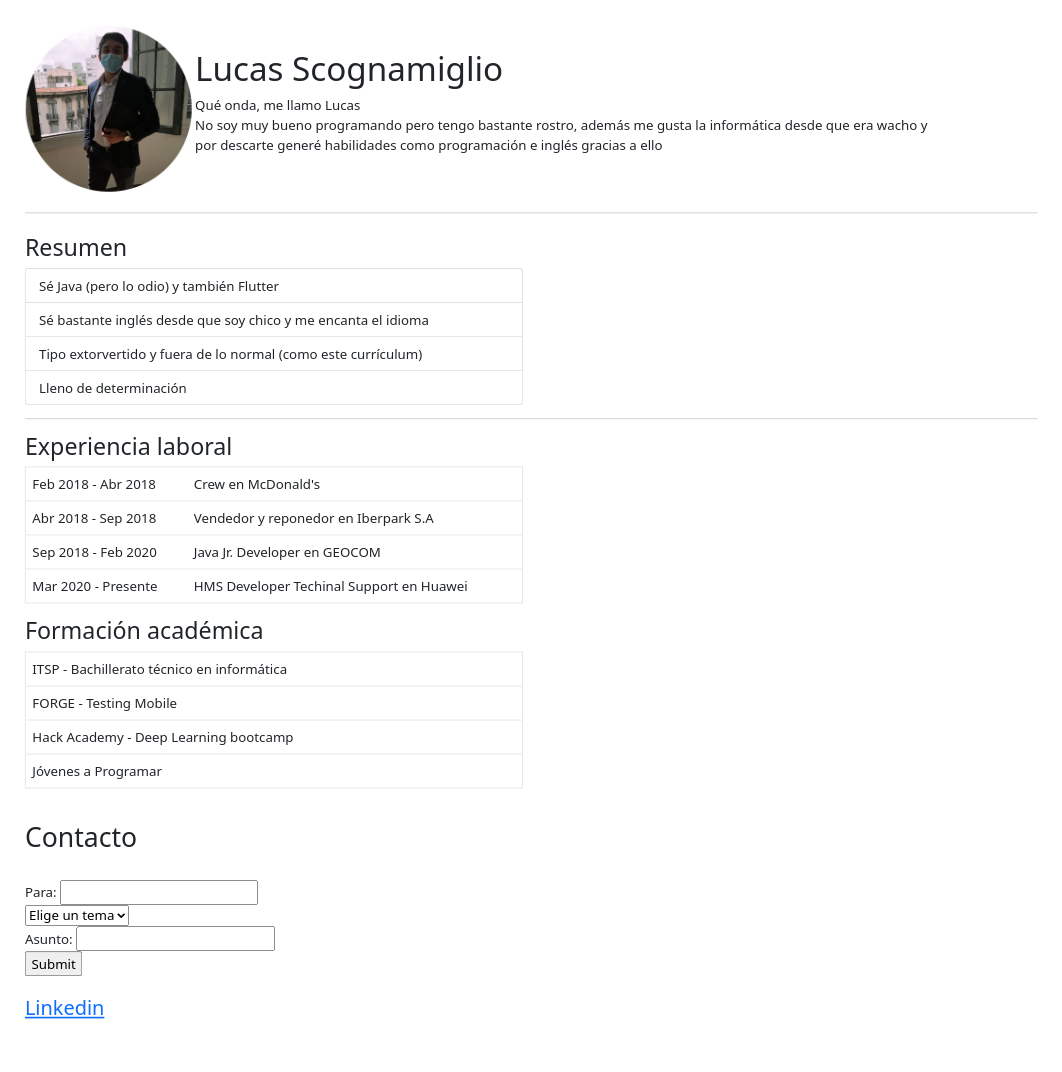
Repository: ScoggoDev/DesarrolloWeb
Page: tarea en equipo 1/cv.html
An editor plug-in stored every save of this project. The page is shown before and after the next save, followed by the edit.
The browser window is 1280 px wide. The pictures show the whole page, at 83% of full size.

Above is the page before, as saved 2021-07-12 09:58:54.

After the next save:
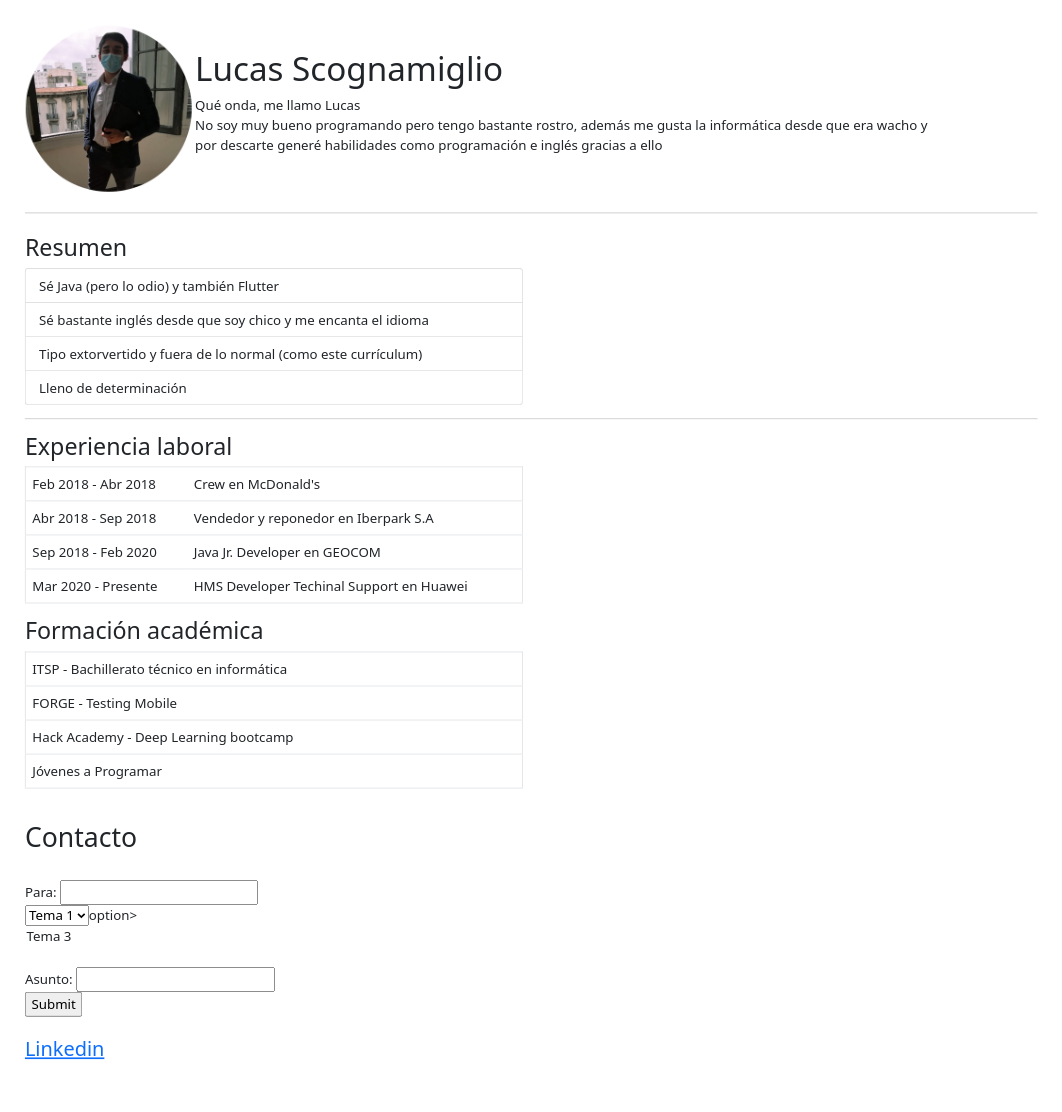
Saved 24 s later.
--- a/tarea en equipo 1/cv.html
+++ b/tarea en equipo 1/cv.html
@@ -68,9 +68,9 @@
       <label for="fname">Para:</label>
       <input type="text" id="fname" name="fname"><br>
       <select name="select">
-        <option value="value1">Tema 1</option>
-        <option value="value2" selected>Elige un tema</option>
-        <option value="value3">Tema 2</option>
+        <option value="value1" selected>Tema 1</option>
+        <option value="value2">Tema 2</select>option>
+        <option value="value3">Tema 3</option>
       </select> <br>
       <label for="lname">Asunto:</label>
       <input type="text" id="lname" name="lname"><br>
